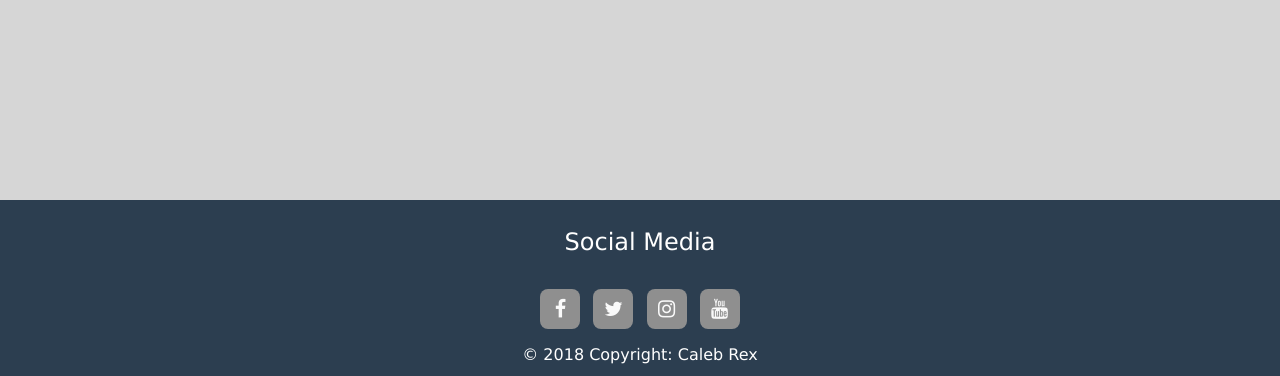
Repository: IchaTreasure/caleb-rex
Page: videos.html
The author's editor kept a record of every edit. The page is drawn from the files as they stood at one moment, then again after the next edit.
The browser window is 1280 px wide. The pictures show the part of the page from y = 536 to 1112 px (the page is 912 px tall before and 1112 px after).
Some web libraries are served in a nearby version.

Above is the page before.

### videos.html
<!DOCTYPE html>
<html lang="en">

<head>
    <meta charset="UTF-8">
    <meta name="viewport" content="width=device-width, initial-scale=1.0">
    <meta http-equiv="X-UA-Compatible" content="ie=edge">
    <link rel="stylesheet" href="https://maxcdn.bootstrapcdn.com/bootstrap/4.1.3/css/bootstrap.min.css">
    <link rel="stylesheet" href="https://use.fontawesome.com/releases/v5.6.1/css/all.css" integrity="sha384-gfdkjb5BdAXd+lj+gudLWI+BXq4IuLW5IT+brZEZsLFm++aCMlF1V92rMkPaX4PP" crossorigin="anonymous">
    <link rel="stylesheet" href="https://stackpath.bootstrapcdn.com/bootstrap/4.3.1/css/bootstrap.min.css" type="text/css" />
    <link rel="stylesheet" href="https://stackpath.bootstrapcdn.com/font-awesome/4.7.0/css/font-awesome.min.css" type="text/css" />
    <link rel="stylesheet" href="https://cdnjs.cloudflare.com/ajax/libs/hover.css/2.3.1/css/hover-min.css" type="text/css" />
    <link href="https://fonts.googleapis.com/css?family=Roboto:400,700" rel="stylesheet">
    <link rel="stylesheet" href="css/style.css" type="text/css" />
    <title>Caleb Rex</title>
</head>

<body style="background-color: #2c3e50">
    <!-- ------------------------------------------------------------------------------------------------------Navigation Bar -->
    <nav class="navbar navbar-expand-md navbar-dark fixed-top" style="background-color: #2c3e50">
        <a class="navbar-brand" href="index.html">CALEB REX</a>
        <button class="navbar-toggler" type="button" data-toggle="collapse" data-target="#navbarsExampleDefault" aria-controls="navbarsExampleDefault" aria-expanded="false" aria-label="Toggle navigation">
    <span class="navbar-toggler-icon"></span>
  </button>

        <div class="collapse navbar-collapse" id="navbarsExampleDefault">
            <ul class="navbar-nav mr-auto">
                <li class="nav-item right" data-toggle="collapse" data-target=".navbar-collapse.show">
                    <a class="nav-link" href="about.html">About</a>
                </li>
                <li class="nav-item right" data-toggle="collapse" data-target=".navbar-collapse.show">
                    <a class="nav-link" href="music.html">Music</a>
                </li>
                <li class="nav-item right" data-toggle="collapse" data-target=".navbar-collapse.show">
                    <a class="nav-link" href="videos.html">Videos</a>
                </li>
                <li class="nav-item right" data-toggle="collapse" data-target=".navbar-collapse.show">
                    <a class="nav-link" href="photos.html">Photos</a>
                </li>
                <li class="nav-item right" data-toggle="collapse" data-target=".navbar-collapse.show">
                    <a class="nav-link" href="contact.html">Contact</a>
                </li>
            </ul>
        </div>
    </nav>

    <!-- Videos section -->
    <section style="background-color: #D6D6D6">
        <!-- Page Content -->
        <div class="container" Style="padding-top: 30px">
            <div class="row">
                <h3 style="padding-left: 15px">Videos</h3>
            </div>
            <hr>
            <br>
            <div class="row" Style="padding-left: 10px">
                <h4>Dem no go understand</h4>
            </div>
            <div class="row" Style="padding-bottom: 200px">
                <iframe style="padding-bottom: 20px" width="100%" height="315" src="https://www.youtube.com/embed/kPStX213FmA" frameborder="0" allow="accelerometer; autoplay; encrypted-media; gyroscope; picture-in-picture" allowfullscreen></iframe>
            </div>
        </div>
    </section>

    <!-- Footer -->
    <footer class="py-1" style="width: 100%; background-color: #2c3e50; text-align: center;">
        <div class="container">
            <br>
            <h4 Style="color: white">Social Media</h4>
            <br>
            <ul class="list-inline social-links">
                <li class="list-inline-item">
                    <a target="_blank" href="https://www.facebook.com/caleb.rex.96"><i class = " fa fa-facebook" aria-hidden="true"></i><span class = "sr-only">Facebook</span></a>
                </li>
                <li class="list-inline-item">
                    <a target="_blank" href="https://twitter.com/calebrex01"><i class = " fa fa-twitter" aria-hidden="true"></i><span class = "sr-only">Twitter</span></a>
                </li>
                <li class="list-inline-item">
                    <a target="_blank" href="https://www.instagram.com/caleb.rex01/"><i class = " fa fa-instagram" aria-hidden="true"></i><span class = "sr-only">Instagram</span></a>
                </li>
                <li class="list-inline-item">
                    <a target="_blank" href="https://www.youtube.com/channel/UC_B7e65upco510Sio9dZJhg"><i class = " fa fa-youtube" aria-hidden="true"></i><span class = "sr-only">Youtube</span></a>
                </li>
            </ul>
        </div>

        <h6 style="text-align: center; color: white;">© 2018 Copyright: Caleb Rex</h6>
        <!-- /.container -->
    </footer>
    <!-- Bootstrap core JavaScript -->
    <script src="https://code.jquery.com/jquery-3.3.1.slim.min.js" integrity="sha384-q8i/X+965DzO0rT7abK41JStQIAqVgRVzpbzo5smXKp4YfRvH+8abtTE1Pi6jizo" crossorigin="anonymous"></script>
    <script src="https://cdnjs.cloudflare.com/ajax/libs/popper.js/1.14.7/umd/popper.min.js" integrity="sha384-UO2eT0CpHqdSJQ6hJty5KVphtPhzWj9WO1clHTMGa3JDZwrnQq4sF86dIHNDz0W1" crossorigin="anonymous"></script>
    <script src="https://stackpath.bootstrapcdn.com/bootstrap/4.3.1/js/bootstrap.min.js" integrity="sha384-JjSmVgyd0p3pXB1rRibZUAYoIIy6OrQ6VrjIEaFf/nJGzIxFDsf4x0xIM+B07jRM" crossorigin="anonymous"></script>
</body>

</html>

### css/style.css
/*---------------------------- css for body */
body {
  font-family: 'Lucida Grande', sans-serif;
  padding-top: 56px;
}

nav li a:hover {
  background: black;
}

nav a:hover {
  background: black;
}

/*----------------------------------------- Modal Styling */
.modal-body{
    color: #615650;
    text-align: center;
}

.modal-content{
    background-color: #dbc7bd;
    padding: 20px;
}

.img-hover:hover{
    cursor: pointer;
    opacity: 0.6;
    transition: all 0.35s ease-in-out;
    -moz-transition: all 0.35s ease-in-out;
    -webkit-transition: all 0.35s ease-in-out;
    -o-transition: all 0.35s ease-in-out;
}

/*---------------------------- css for contact form*/
.form-style-1 {
	margin:10px auto;
	max-width: 400px;
	padding: 20px 12px 10px 20px;
	font: 13px "Lucida Sans Unicode", "Lucida Grande", sans-serif;
}
.form-style-1 li {
	padding: 0;
	display: block;
	list-style: none;
	margin: 10px 0 0 0;
}
.form-style-1 label{
	margin:0 0 3px 0;
	padding:0px;
	display:block;
	font-weight: bold;
}
.form-style-1 input[type=text],
.form-style-1 input[type=date],
.form-style-1 input[type=datetime],
.form-style-1 input[type=number],
.form-style-1 input[type=search],
.form-style-1 input[type=time],
.form-style-1 input[type=url],
.form-style-1 input[type=email],
textarea,
select{
	box-sizing: border-box;
	-webkit-box-sizing: border-box;
	-moz-box-sizing: border-box;
	border:1px solid #BEBEBE;
	padding: 7px;
	margin:0px;
	-webkit-transition: all 0.30s ease-in-out;
	-moz-transition: all 0.30s ease-in-out;
	-ms-transition: all 0.30s ease-in-out;
	-o-transition: all 0.30s ease-in-out;
	outline: none;
}

.form-style-1 input[type=text]:focus,
.form-style-1 input[type=date]:focus,
.form-style-1 input[type=datetime]:focus,
.form-style-1 input[type=number]:focus,
.form-style-1 input[type=search]:focus,
.form-style-1 input[type=time]:focus,
.form-style-1 input[type=url]:focus,
.form-style-1 input[type=email]:focus,
.form-style-1 textarea:focus,
.form-style-1 select:focus{
	-moz-box-shadow: 0 0 8px #88D5E9;
	-webkit-box-shadow: 0 0 8px #88D5E9;
	box-shadow: 0 0 8px #88D5E9;
	border: 1px solid #88D5E9;
}

.form-style-1 .field-divided{
	width: 49%;
}

.form-style-1 .field-long{
	width: 100%;
}
.form-style-1 .field-select{
	width: 100%;
}
.form-style-1 .field-textarea{
	height: 100px;
}
.form-style-1 input[type=submit], .form-style-1 input[type=button]{
	background: #4B99AD;
	padding: 8px 15px 8px 15px;
	border: none;
	color: #fff;
}

.form-style-1 input[type=submit]:hover, .form-style-1 input[type=button]:hover{
	background: #4691A4;
	box-shadow:none;
	-moz-box-shadow:none;
	-webkit-box-shadow:none;
}

.form-style-1 .required{
	color:red;
}

/*---------------------------- css for footer*/
footer {
  background-color: #7D0D11;
  color: black;
}

.social-links li a i {
  width: 40px;
  height: 40px;
  padding: 10px;
  border-radius: 20%;
  font-size: 20px;
  line-height: 20px;
  text-align: center;
  color: #fafafa;
  background: #8f8f8f;
  transition: all 0.35s ease-in-out;
  -moz-transition: all 0.35s ease-in-out;
  -webkit-transition: all 0.35s ease-in-out;
  -o-transition: all 0.35s ease-in-out;
}

.social-links li a i:hover {
  background: black;
}

After the next edit:
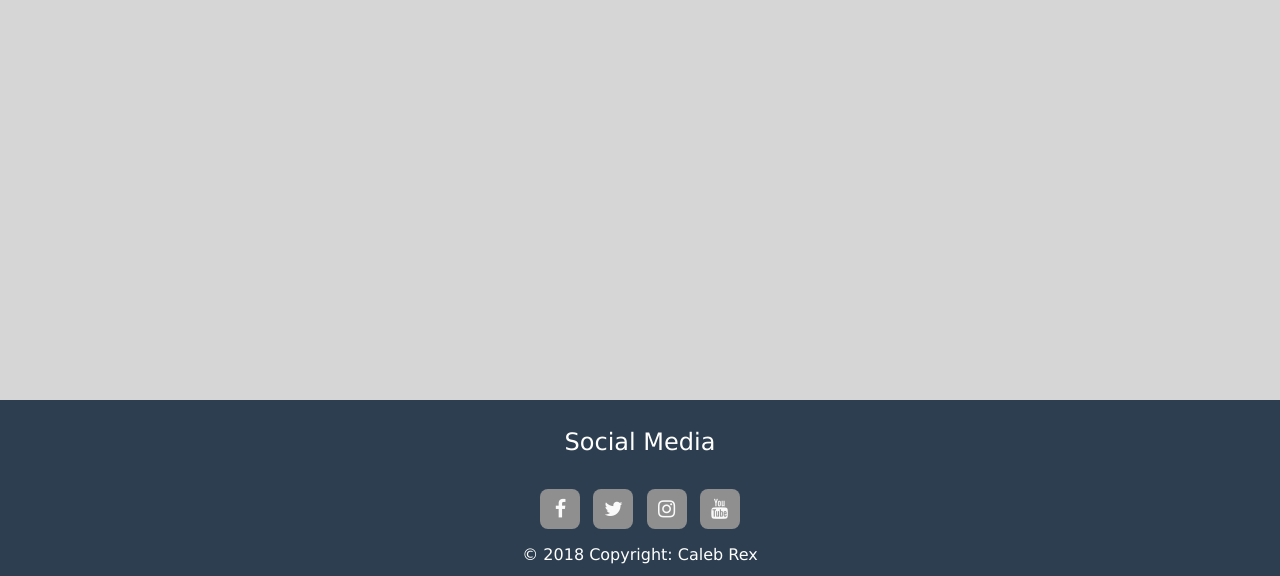
The edit:
--- a/videos.html
+++ b/videos.html
@@ -56,7 +56,7 @@
             <div class="row" Style="padding-left: 10px">
                 <h4>Dem no go understand</h4>
             </div>
-            <div class="row" Style="padding-bottom: 200px">
+            <div class="row" Style="padding-bottom: 400px">
                 <iframe style="padding-bottom: 20px" width="100%" height="315" src="https://www.youtube.com/embed/kPStX213FmA" frameborder="0" allow="accelerometer; autoplay; encrypted-media; gyroscope; picture-in-picture" allowfullscreen></iframe>
             </div>
         </div>
